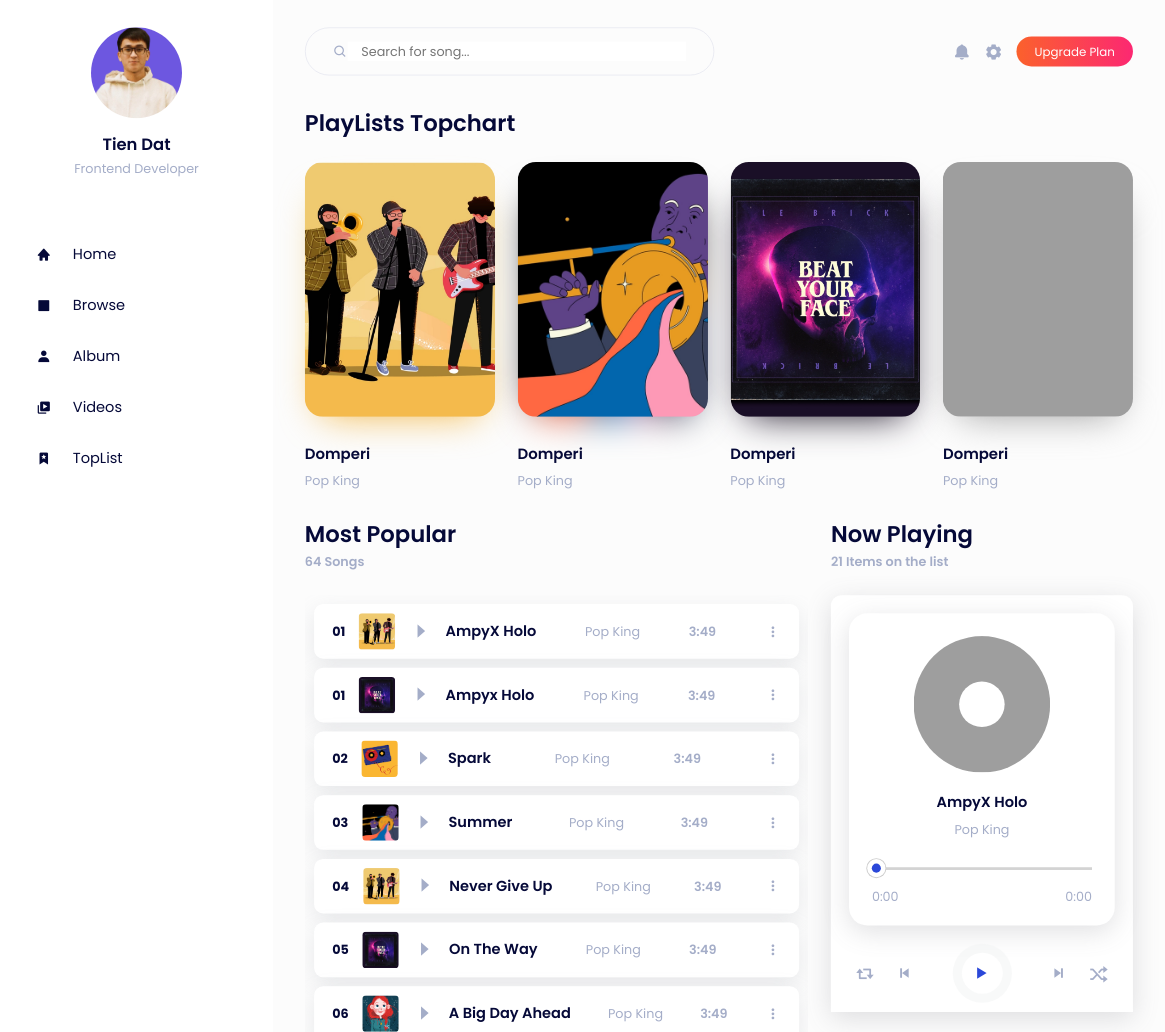
Repository: Datt21/music-webapp
Page: index.html
An editor plug-in stored every save of this project. The page is shown before and after the next save, followed by the edit.
The browser window is 1280 px wide. The pictures show the whole page, at 91% of full size.
Pictures or frames that could not be fetched are drawn as grey boxes. An inner scrolling area shows only its first screen. The style sheet was rebuilt from its Sass, Less or Tailwind sources for each picture, by a compiler version that may differ from the author's.

Above is the page before, as saved 2021-09-05 08:24:19.

After the next save:
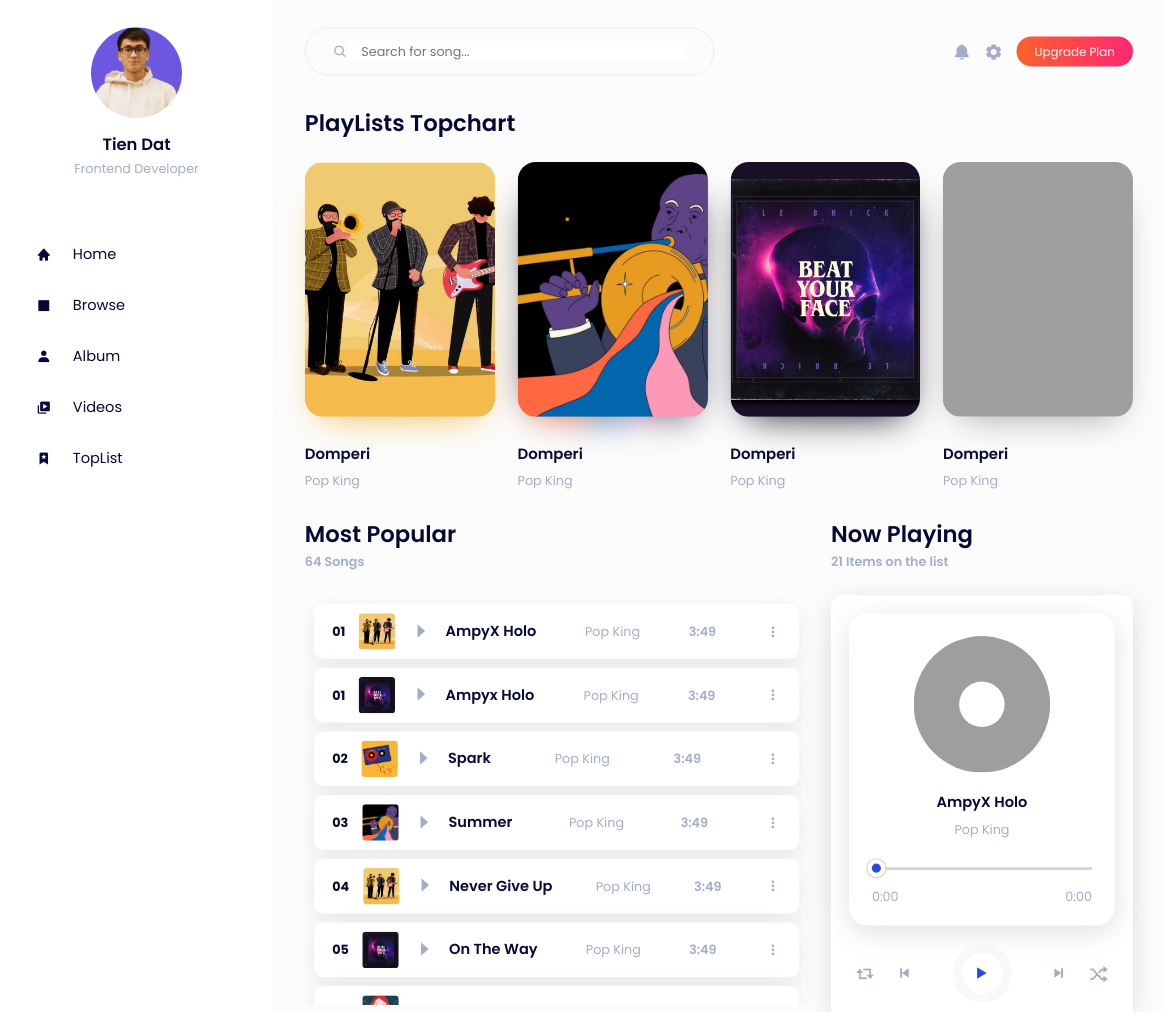
Saved 15 s later.
--- a/app.scss
+++ b/app.scss
@@ -232,7 +232,7 @@
 
 .song-list {
     padding: 10px;
-    max-height: 480px;
+    max-height: 450px;
     overflow-y: auto;
     -ms-overflow-style: none;
     scrollbar-width: none;
